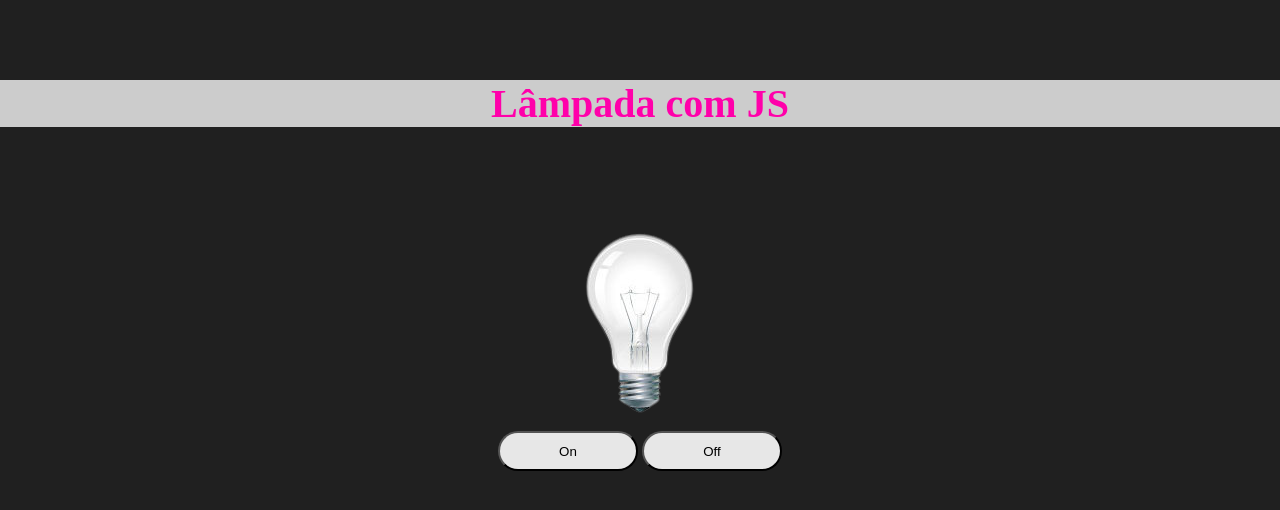
Repository: kahut-gdd/lampadaComJs
Page: index.html
These files come from the project's save history. The page is drawn as it stood at one moment and after a run of saves; the edit follows.
The browser window is 1280 px wide. The pictures show the whole page.

Above is the page before, as saved 2022-06-25 12:55:22.

### index.html
<!DOCTYPE html>
<html lang="pt-br">
<head>
    <meta charset="UTF-8">
    <meta http-equiv="X-UA-Compatible" content="IE=edge">
    <meta name="viewport" content="width=device-width, initial-scale=1.0">
    <title>LampadaComJs</title>
    <style>
        *{
            margin: 0;
            background: rgb(32, 32, 32);
            align-items: center;
        }
        h1{
            background: #ccc;
            color: rgb(255, 0, 170);
            text-align: center;
            font-size: 2.5rem;
            fo
        }
        head, main{
            margin-top: 80px;
            display: flex;
            flex-direction: column;
            align-items: center;
            cursor: pointer;
        }
        button{
            width: 140px;
            height: 40px;
            background-color: rgb(231, 231, 231);
            color: #000;
            cursor: pointer;
            border-radius: 60px;

        }
        #turnOn:hover{
            background: rgb(84, 247, 84);
            color: aliceblue;
            font-size: 1.2rem;
        }
        #turnOff:hover{
            background: rgb(255, 0, 55);
            color: aliceblue;
            font-size: 1.2rem;
        }
    </style>
</head>
<body>
    <header>
        <h1>Lâmpada com JS</h1>
    </header>
    <main>
        <div>
            <img src="./img/desligada.png" alt="Lámpada" id="lamp">
        </div>
        <div>
            <button id="turnOn">On</button>
            <button id="turnOff">Off</button>
        </div>
    </main>


    <script>
        const turnOn = document.getElementById('turnOn');
        const turnOff = document.getElementById('turnOff');
        const lamp = document.getElementById('lamp');

        function isLampBroken(){
            return lamp.src.indexOf('quebrada') > -1;
        }

        function lampOn(){
            if(!isLampBroken()){
            lamp.src = './img/ligada.png';
            }
        }

        function lampOff(){
            if(!isLampBroken()){
            lamp.src = './img/desligada.png';
            }
        }
        function lampBroken(){
            lamp.src = './img/quebrada.png';
        }

        turnOn.addEventListener('click', lampOn);
        turnOff.addEventListener('click', lampOff);
        lamp.addEventListener('mouseover', lampOn);
        lamp.addEventListener('mouseleave', lampOff);
        lamp.addEventListener('dblclick', lampBroken);

    </script>
</body>
</html>

After the next 2 saves:
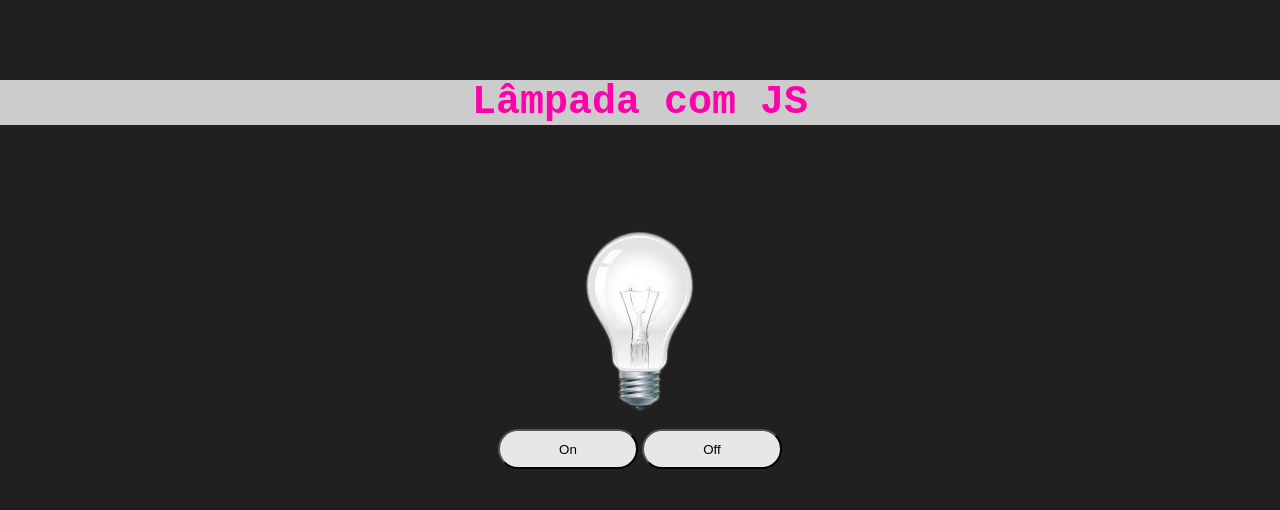
The 2 saves are shown as one change because they came seconds apart.
The last was saved 5 s later.
--- a/index.html
+++ b/index.html
@@ -16,7 +16,7 @@
             color: rgb(255, 0, 170);
             text-align: center;
             font-size: 2.5rem;
-            fo
+            font-family: 'Courier New', Courier, monospace;
         }
         head, main{
             margin-top: 80px;

After the save that followed:
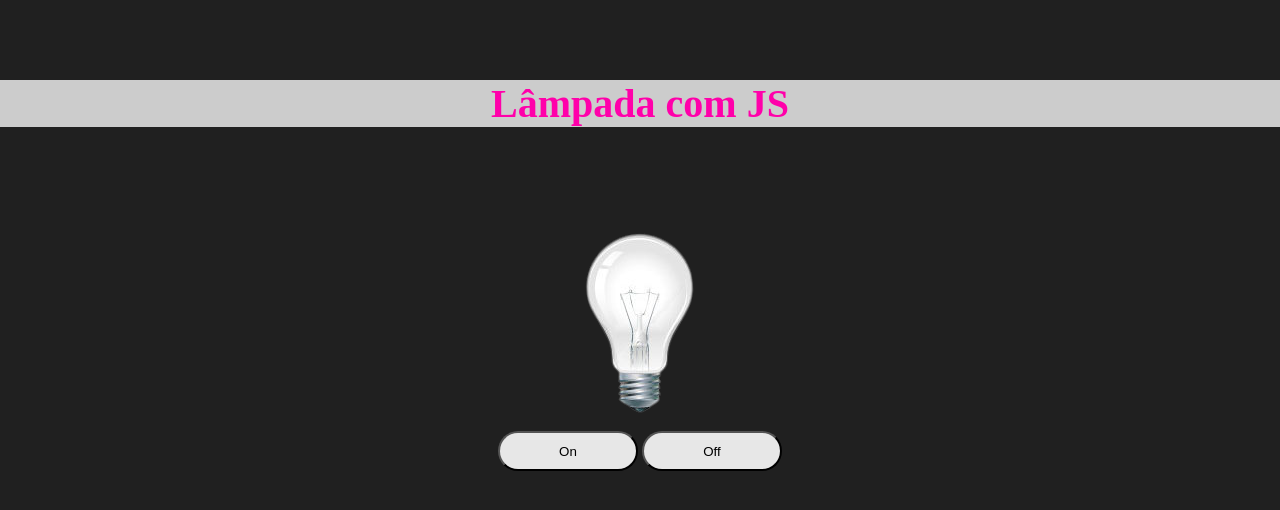
Saved 12 s later.
--- a/index.html
+++ b/index.html
@@ -16,7 +16,7 @@
             color: rgb(255, 0, 170);
             text-align: center;
             font-size: 2.5rem;
-            font-family: 'Courier New', Courier, monospace;
+            font-family: ;
         }
         head, main{
             margin-top: 80px;
